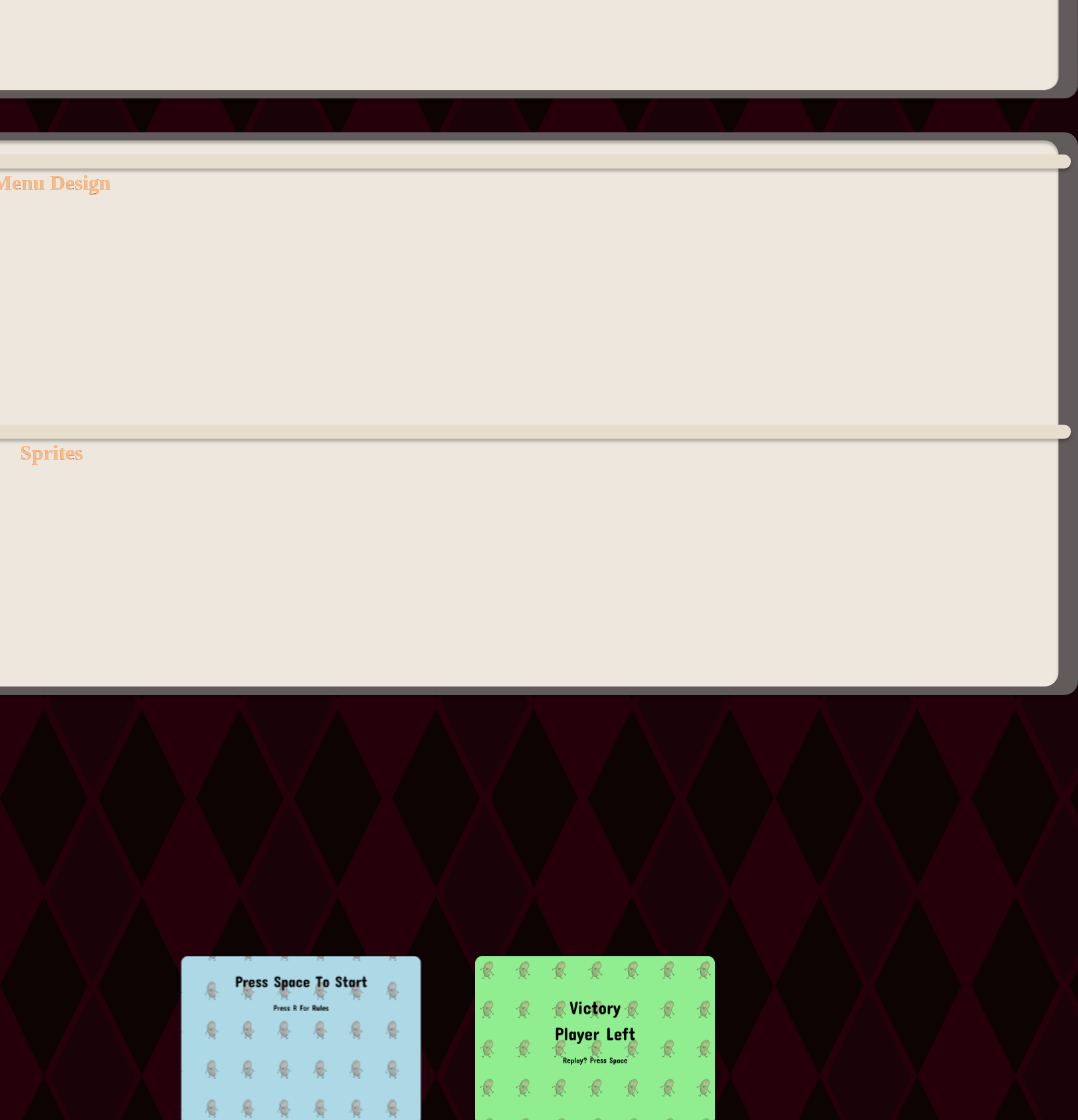
Repository: EMP-ChristinaC/Portfolio
Page: projects/potato-shuffle/potato.html
These files come from the project's save history. The page is drawn as it stood at one moment and after the next save; the edit follows.
The browser window is 1280 px wide. The page is 1540 px wide, so the pictures cover 1540 px, including what lies to the right of the window. The pictures show the part of the page from y = 1659 to 3259 px (the page is 6194 px tall), at 70% of full size.
Some web fonts or font styles are not loaded; a fallback is used.

Above is the page before, as saved 2024-12-08 19:52:41.

After the next save:
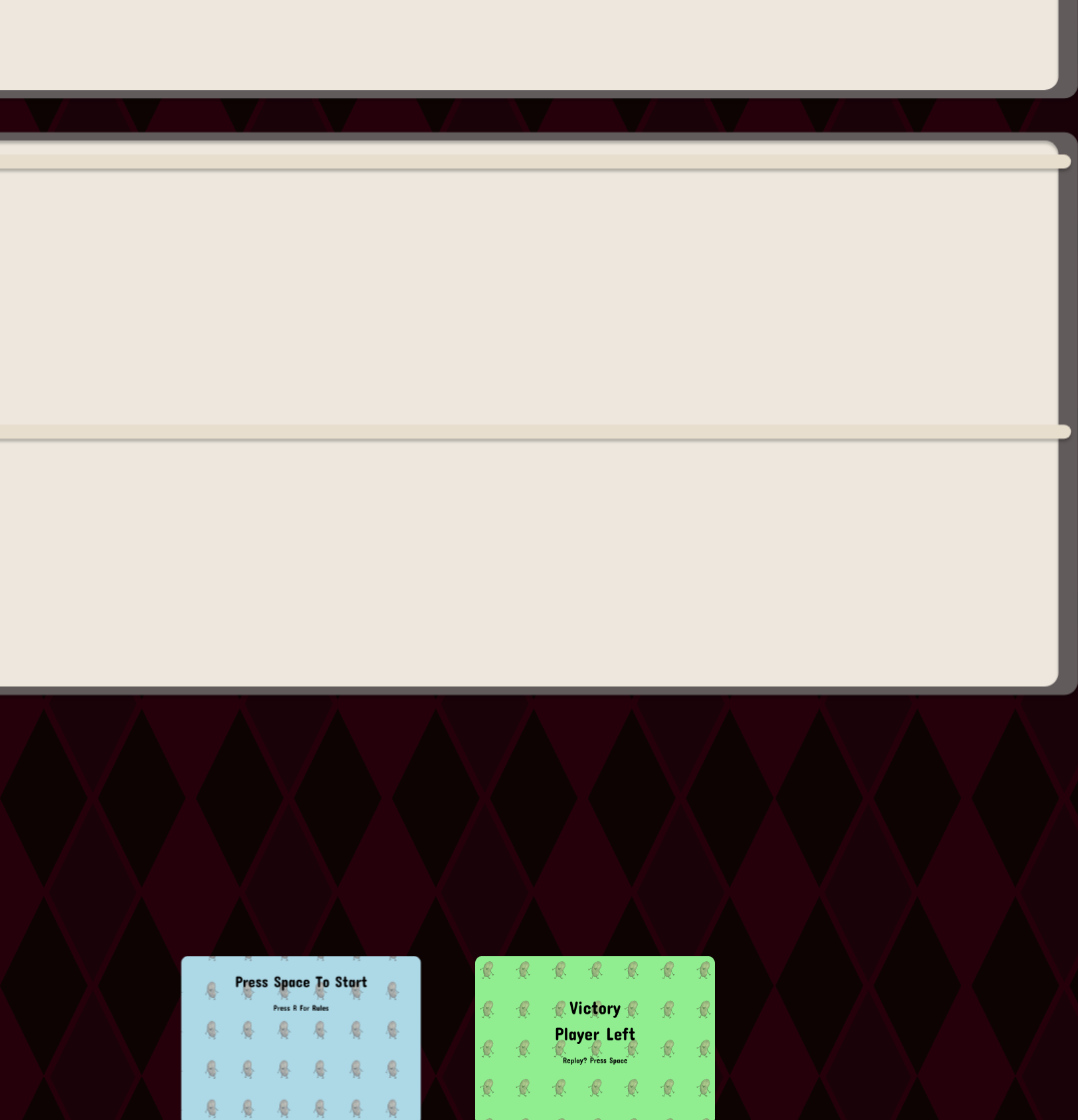
Saved 4 s later.
--- a/projects/potato-shuffle/potato.css
+++ b/projects/potato-shuffle/potato.css
@@ -325,7 +325,7 @@
     z-index: 1;
     position: absolute;
     top: 20%;
-    left: -10%;
+    left: -20%;
     font-size: 15px;
 }
 
